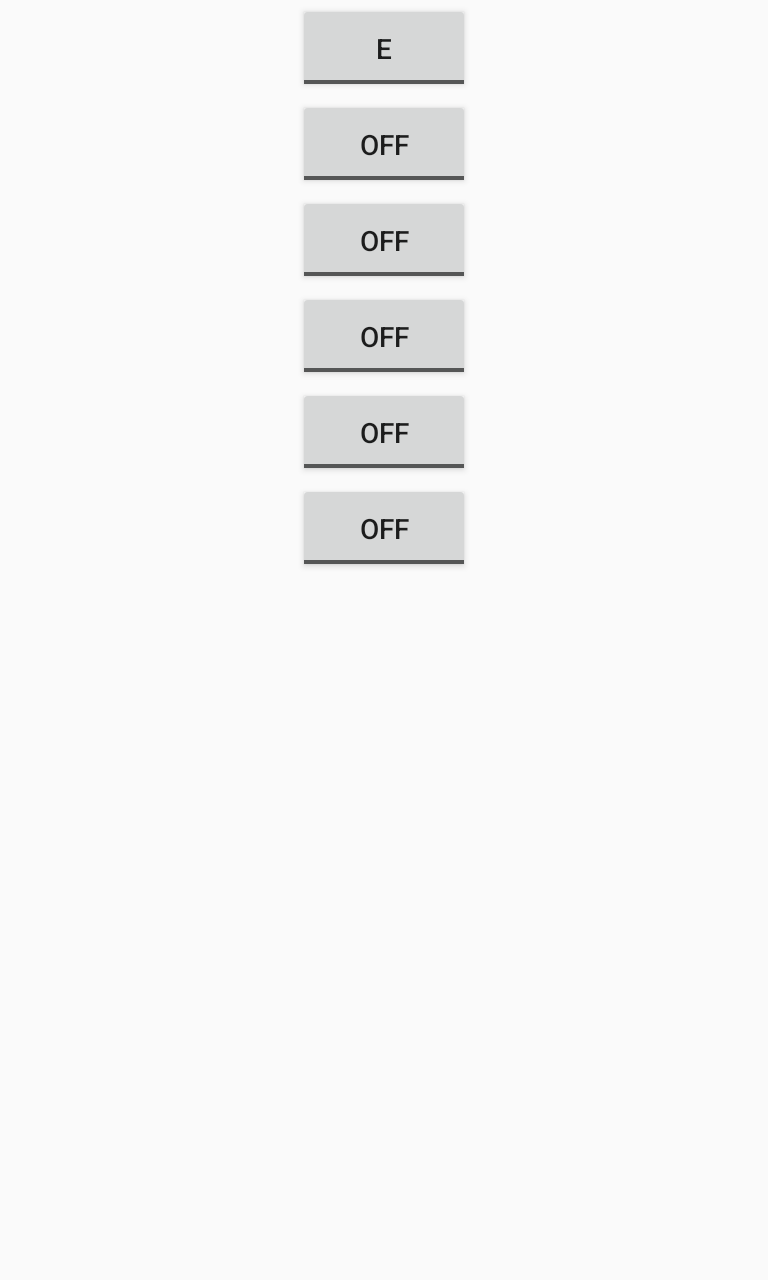
Repository: bhazenstab16/GuitarTuner
Layout: GuitarTuner/res/layout/activity_main.xml
An editor plug-in stored every save of this project. The layout is shown before and after the next save, followed by the edit.
It is drawn on a 768 x 1280 px phone screen (xhdpi) without system bars, with theme AppTheme; the app's code is not run.

Above is the layout before, as saved 2019-10-03 15:11:55.

After the next save:
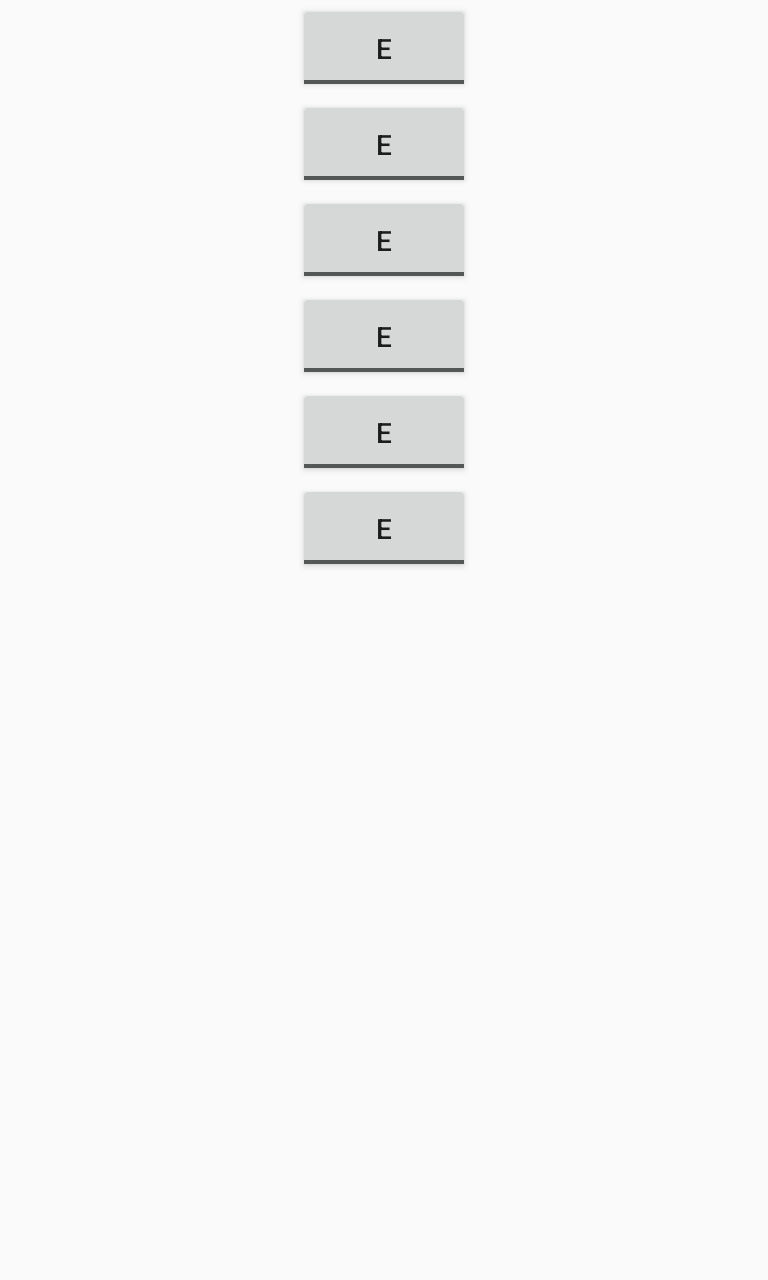
Saved 30 s later.
--- a/GuitarTuner/res/layout/activity_main.xml
+++ b/GuitarTuner/res/layout/activity_main.xml
@@ -50,7 +50,9 @@
                         android:layout_height="wrap_content"
                         android:layout_centerHorizontal="true"
                         android:layout_below="@+id/toggleButtonE6"
-                        android:text="ToggleButton" />
+                        android:text="ToggleButton"
+                        android:textOff="E"
+                        android:textOn="E"/>
 
                     <ToggleButton
                         android:id="@+id/toggleButton3"
@@ -58,7 +60,9 @@
                         android:layout_height="wrap_content"
                         android:layout_centerHorizontal="true"
                         android:layout_below="@+id/toggleButton2"
-                        android:text="ToggleButton" />
+                        android:text="ToggleButton"
+                        android:textOff="E"
+                        android:textOn="E"/>
 
                     <ToggleButton
                         android:id="@+id/toggleButton4"
@@ -66,7 +70,9 @@
                         android:layout_height="wrap_content"
                        android:layout_centerHorizontal="true"
                         android:layout_below="@+id/toggleButton3"
-                        android:text="ToggleButton" />
+                        android:text="ToggleButton"
+                        android:textOff="E"
+                        android:textOn="E"/>
 
                     <ToggleButton
                         android:id="@+id/toggleButton5"
@@ -74,7 +80,9 @@
                         android:layout_height="wrap_content"
                         android:layout_centerHorizontal="true"
                         android:layout_below="@+id/toggleButton4"
-                        android:text="ToggleButton" />
+                        android:text="ToggleButton"
+                        android:textOff="E"
+                        android:textOn="E"/>
 
                     <ToggleButton
                         android:id="@+id/toggleButton6"
@@ -82,7 +90,9 @@
                         android:layout_height="wrap_content"
                         android:layout_centerHorizontal="true"
                         android:layout_below="@+id/toggleButton5"
-                        android:text="ToggleButton" />
+                        android:text="ToggleButton"
+                        android:textOff="E"
+                        android:textOn="E"/>
 
                 </RelativeLayout>
 
